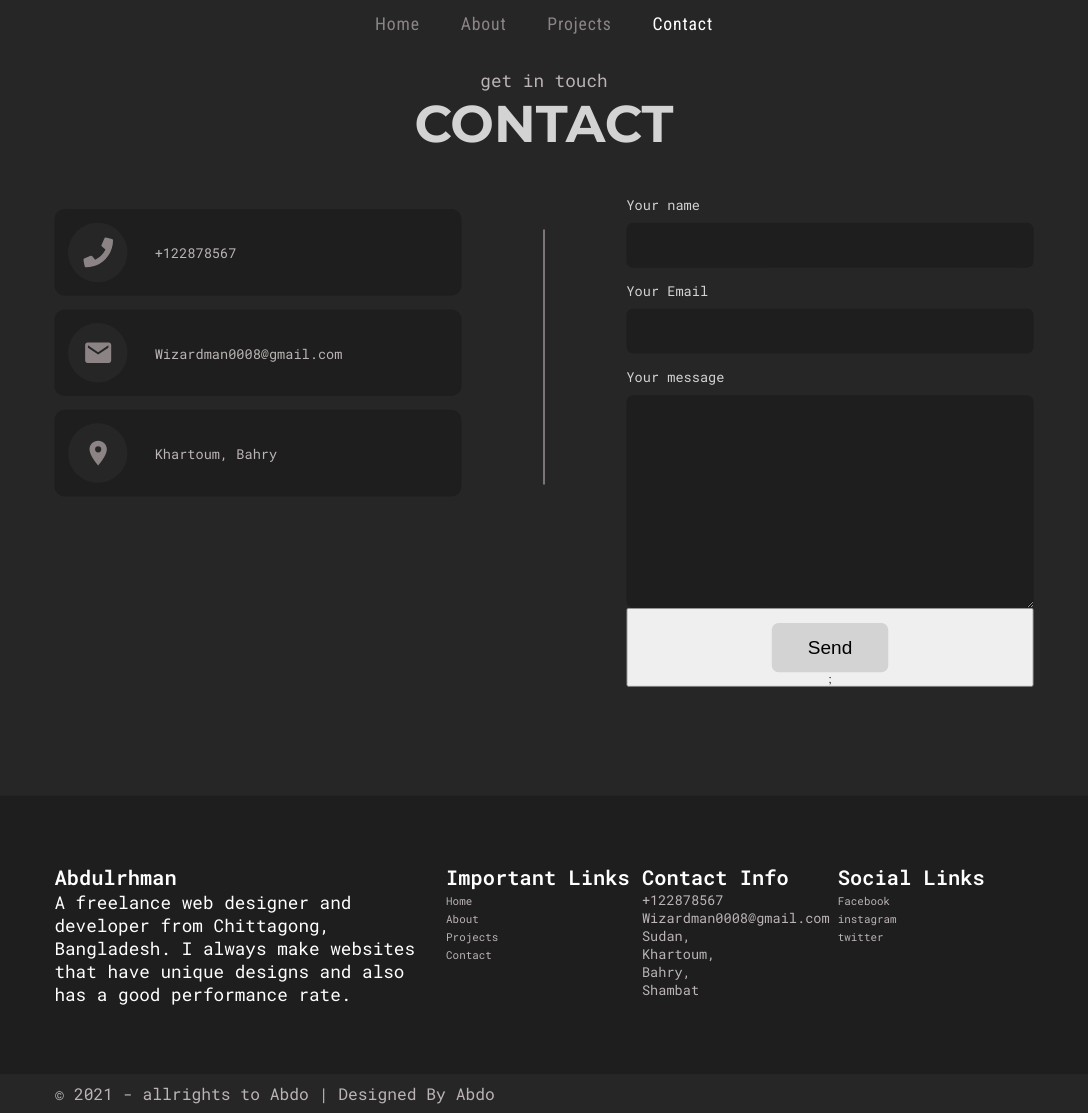
Repository: Abdoulrhman-altyeb/React-Typescript
Page: /contact
An editor plug-in stored every save of this project. The page is shown before and after the next save, followed by the edit.
The browser window is 1280 px wide. The pictures show the whole page, at 85% of full size.
The project was rebuilt for these pictures with package versions that can differ from the ones it lists, and the page was loaded fresh each time. Also part of the build but not shown: src/components/ContactButton.tsx, src/components/HeroSection.tsx, src/components/AboutSection.tsx, src/assits/data/Services.ts, src/components/ServiceItems.tsx, src/components/ServicesSection.tsx, src/components/ProjectsSection.tsx, src/Pages/Home.tsx and 2 more.

Above is the page before, as saved 2021-05-20 18:03:28.

After the next save:
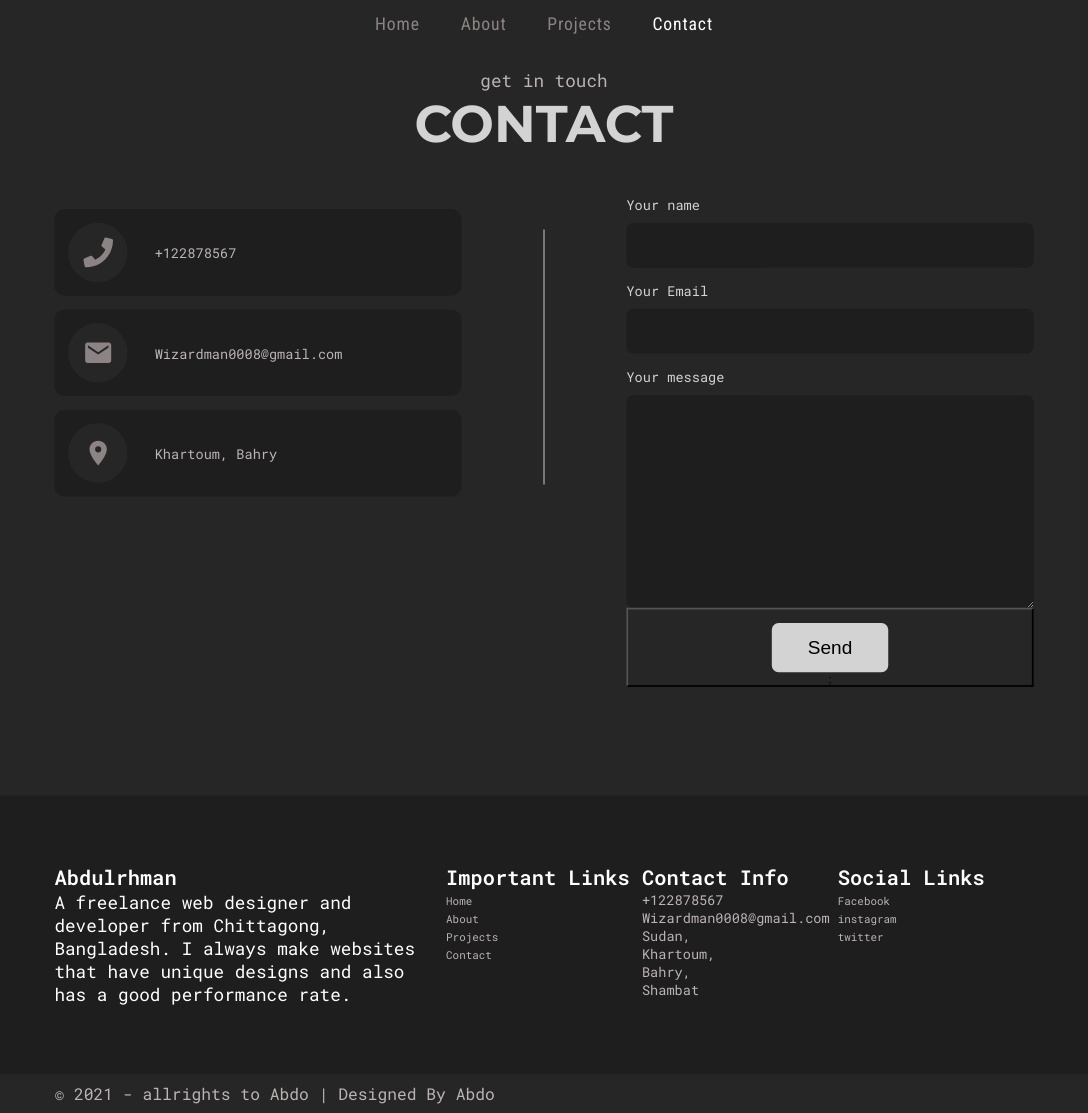
Saved 16 s later.
--- a/src/components/ContactSecion.tsx
+++ b/src/components/ContactSecion.tsx
@@ -130,7 +130,9 @@ const StyledDiv = styled.div`
         color:#8c8484;
         font-size:1.1rem;
     }
-
+    .btn{
+        background:transparent;
+    }
 `;
 
 export default ContactSection;
